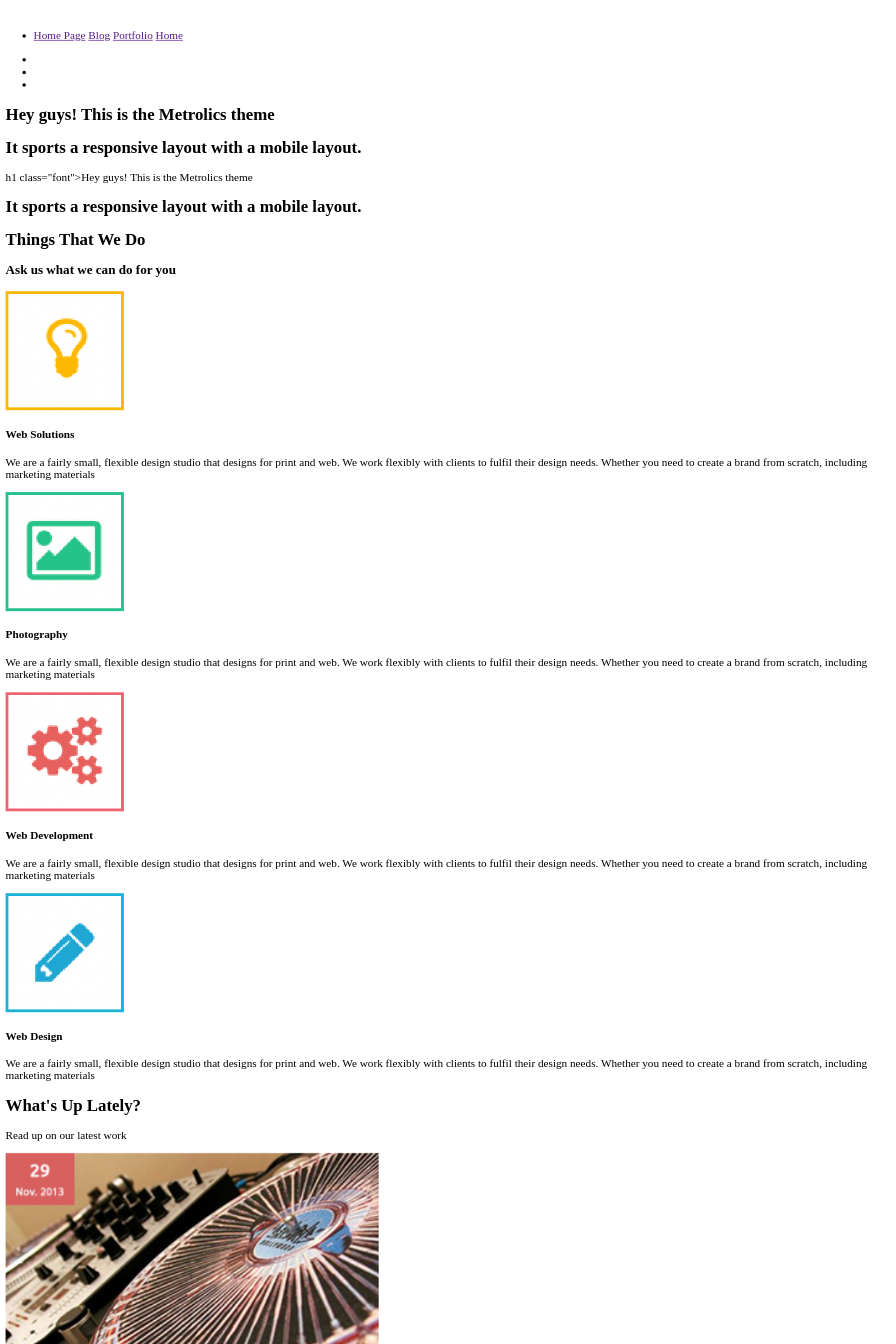
Repository: JerryWuOn/BCITPROJECT1-LAB-03B
Page: index.html
These files come from the project's save history. The page is drawn as it stood at one moment and after the next save; the edit follows.
The browser window is 1280 px wide. The pictures show the part of the page from y = 0 to 1920 px (the page is 9295 px tall before and 9304 px after), at 70% of full size.

Above is the page before, as saved 2023-01-27 18:18:12.

After the next save:
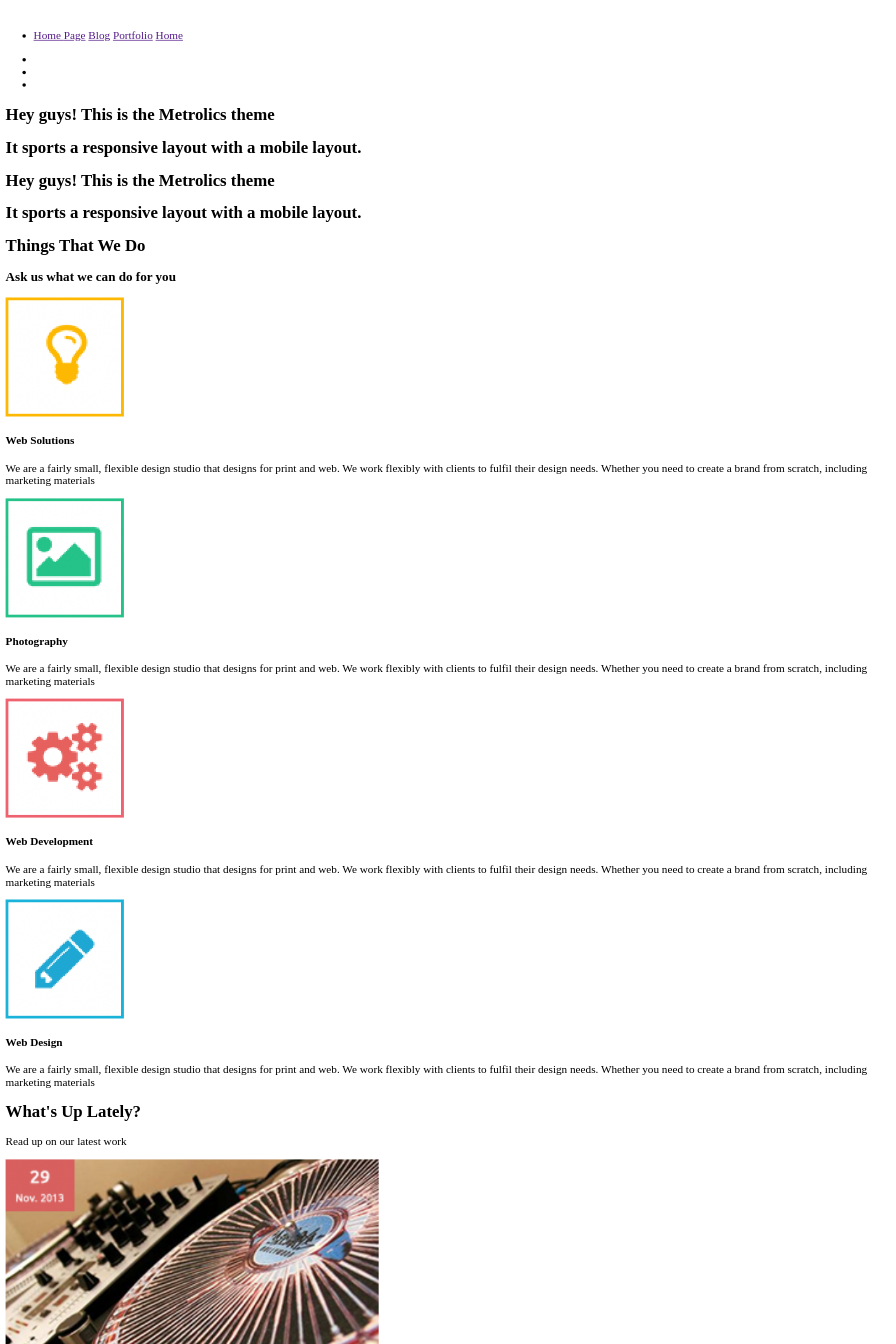
Saved 4 s later.
--- a/index.html
+++ b/index.html
@@ -37,7 +37,7 @@
   </section>
 
   <section class="comp_description">
-    h1  class="font">Hey guys! This is the Metrolics theme</h1>
+    <h1  class="font">Hey guys! This is the Metrolics theme</h1>
          <h1  class="font2">It sports a responsive layout with a mobile layout.</h1>
 
   </section>
